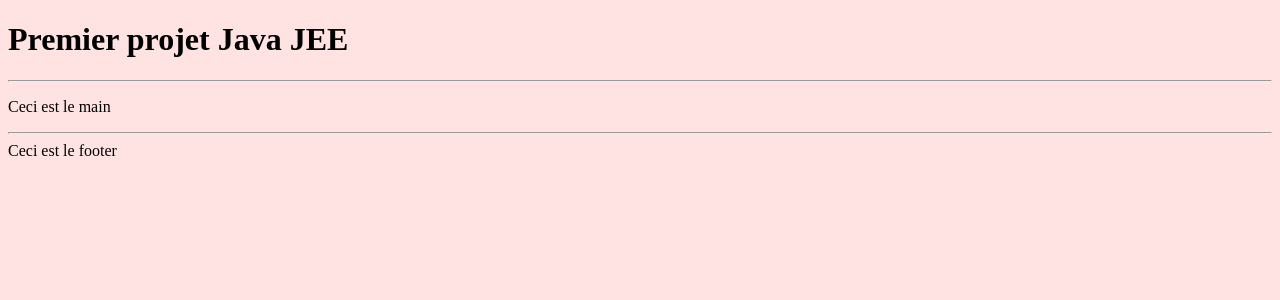
Repository: lemzoo/Formation_JEE
Page: FirstProject/WebContent/monPremierFichier.html
The author's editor kept a copy of each file at every save. The page is drawn from the files as they stood at one save, then again after the next save.
The browser window is 1280 px wide. The pictures show the whole page.

Above is the page before, as saved 2016-06-17 08:45:39.

After the next save:
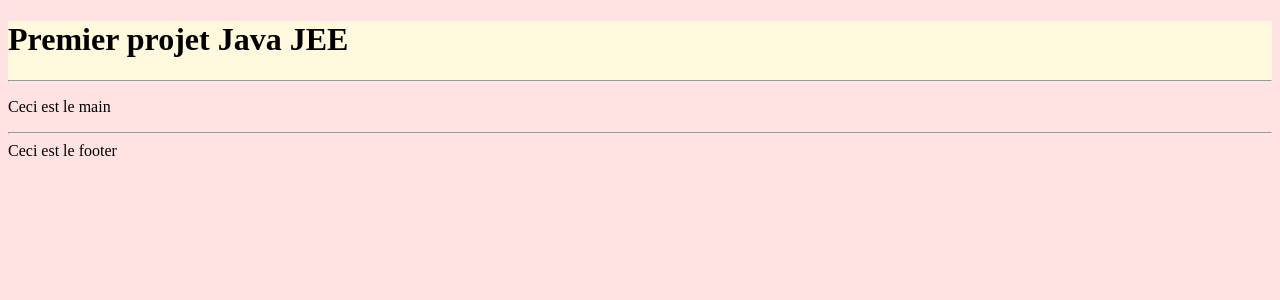
Saved 24 min 1 s later.
--- a/FirstProject/WebContent/monPremierFichier.html
+++ b/FirstProject/WebContent/monPremierFichier.html
@@ -10,7 +10,7 @@
 </style>
 </head>
 <body>
-<header>
+<header style="background-color : rgba(255,255,220,0.8);">
 	<h1>Premier projet Java JEE</h1>
 	<hr>
 </header>
